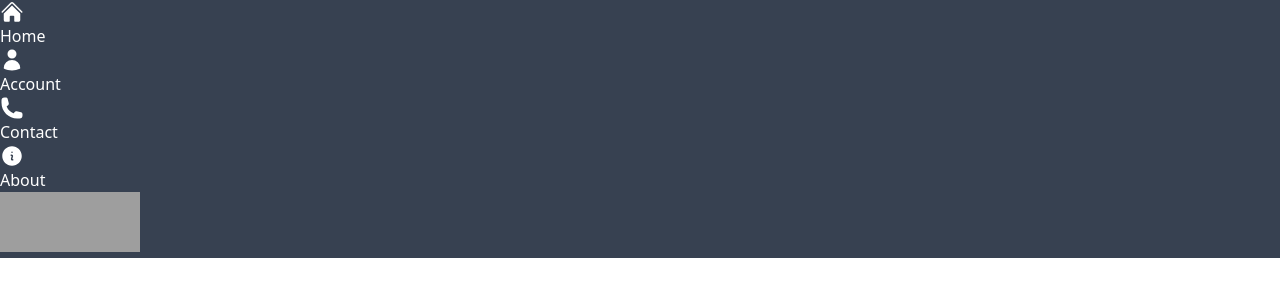
Repository: lyvandat/imdb-movie
Page: /
The author's editor kept a copy of each file at every save. The page is drawn from the files as they stood at one save, then again after the next save.
The browser window is 1280 px wide. The pictures show the whole page.
Pictures or frames that could not be fetched are drawn as grey boxes. The project was rebuilt for these pictures with package versions that can differ from the ones it lists, and the page was loaded fresh each time. The framework's server and built-in components were replaced by stand-ins that run in the browser. Also part of the build but not shown: next.config.js.

Above is the page before, as saved 2022-10-04 10:23:42.

### pages/index.js
import Head from "next/head";
import Header from "../components/Header";

export default function Home() {
  return (
    <div>
      <Head>
        <title>Create Next App</title>
        <meta name="description" content="Generated by create next app" />
        <link rel="icon" href="/favicon.ico" />
      </Head>

      <Header />
    </div>
  );
}

### components/Header.js
import React from "react";
import Image from "next/image";
import {
  HomeIcon,
  UserIcon,
  PhoneIcon,
  InformationCircleIcon,
} from "@heroicons/react/24/solid";

// import { Container } from './styles';

function Header() {
  return (
    <section className="bg-gray-700 ">
      <ul className="text-gray-200 hover:text-white focus:text-red-500">
        <li>
          <HomeIcon className="h-6" />
          <p>Home</p>
        </li>
        <li>
          <UserIcon className="h-6" />
          <p>Account</p>
        </li>
        <li>
          <PhoneIcon className="h-6" />
          <p>Contact</p>
        </li>
        <li>
          <InformationCircleIcon className="h-6" />
          <p>About</p>
        </li>
      </ul>
      <Image
        src="https://th.bing.com/th/id/R.96d6a3163510b47bda4d016b465fb380?rik=RdmM%2faKqGkQOUw&riu=http%3a%2f%2fimg4.wikia.nocookie.net%2f__cb20130124112826%2flogopedia%2fimages%2f8%2f8e%2fIMDB.png&ehk=Svd7%2fn42Zig1owSS1hb%2b2k8bFFdbEKW6iFyTQu2u5yw%3d&risl=&pid=ImgRaw&r=0"
        width={140}
        height={60}
      />
    </section>
  );
}

export default Header;

Loaded but not shown: pages/_app.js (common file); styles/globals.css (common file); tailwind.config.js (common file)

After the next save:
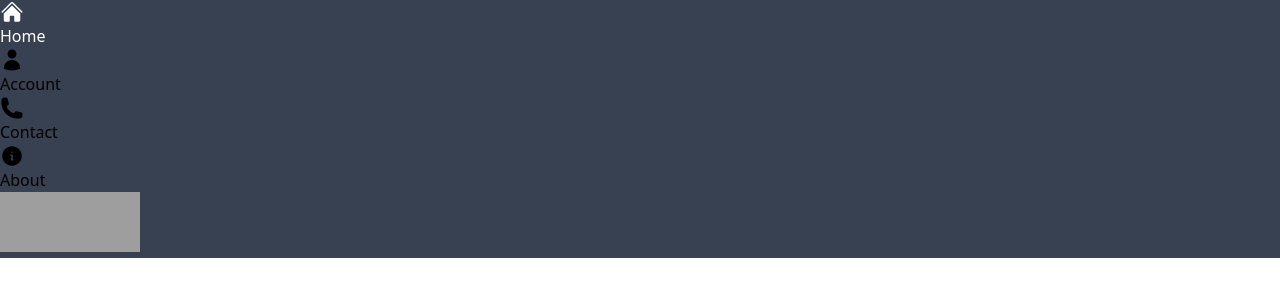
Saved 12 s later.
--- a/components/Header.js
+++ b/components/Header.js
@@ -12,8 +12,8 @@
 function Header() {
   return (
     <section className="bg-gray-700 ">
-      <ul className="text-gray-200 hover:text-white focus:text-red-500">
-        <li>
+      <ul>
+        <li className="text-gray-200 hover:text-white focus:text-red-500">
           <HomeIcon className="h-6" />
           <p>Home</p>
         </li>

After the 3 saves that followed:
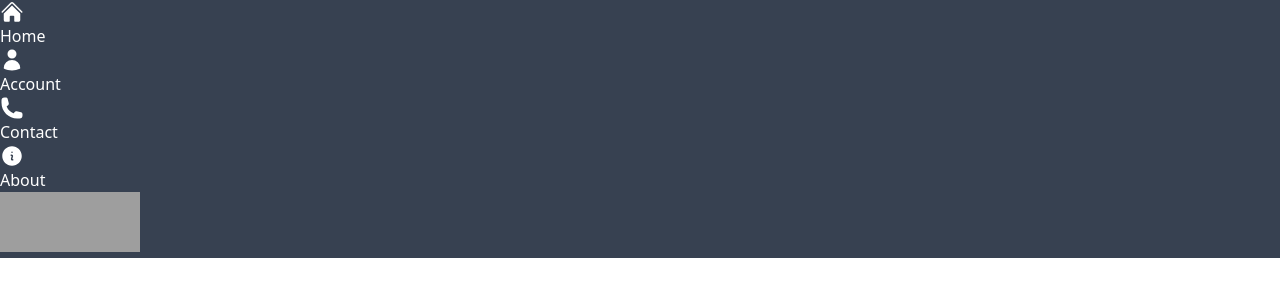
The 3 saves are shown as one change because 1 did not build or start and 1 left the picture as it was.
The last was saved 74 s later.
--- a/components/Header.js
+++ b/components/Header.js
@@ -11,9 +11,9 @@
 
 function Header() {
   return (
-    <section className="bg-gray-700 ">
+    <section className="bg-gray-700 select-none text-gray-200 hover:text-white focus:text-red-500">
       <ul>
-        <li className="text-gray-200 hover:text-white focus:text-red-500">
+        <li className="">
           <HomeIcon className="h-6" />
           <p>Home</p>
         </li>
